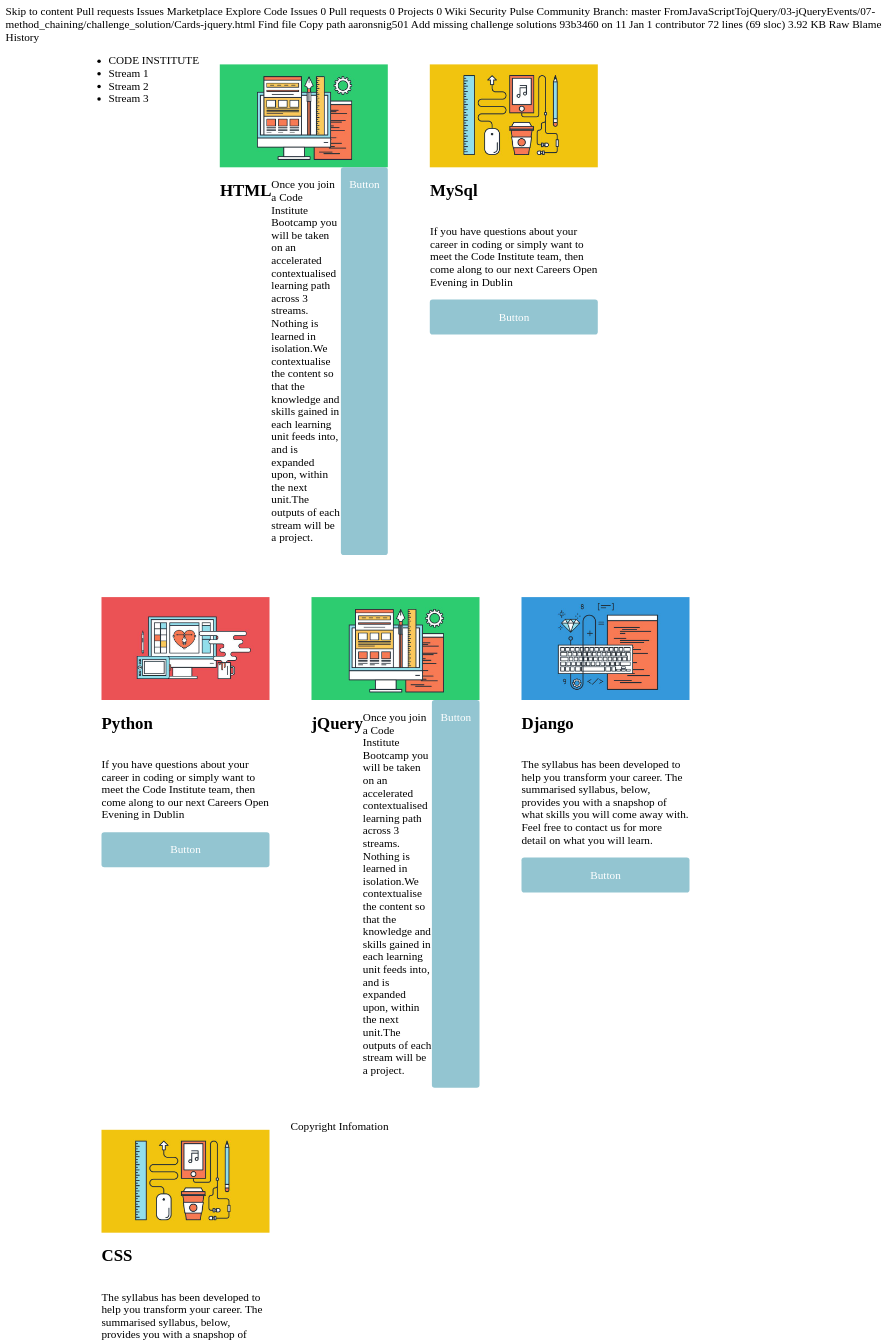
Repository: SOliv1/chaining-methods
Page: index.html
The author's editor kept a record of every edit. The page is drawn from the files as they stood at one moment, then again after the next edit.
The browser window is 1280 px wide. The pictures show the part of the page from y = 0 to 1920 px (the page is 2074 px tall before and 3363 px after), at 70% of full size.
Some web libraries are served in a nearby version.

Above is the page before.

After the next edit:
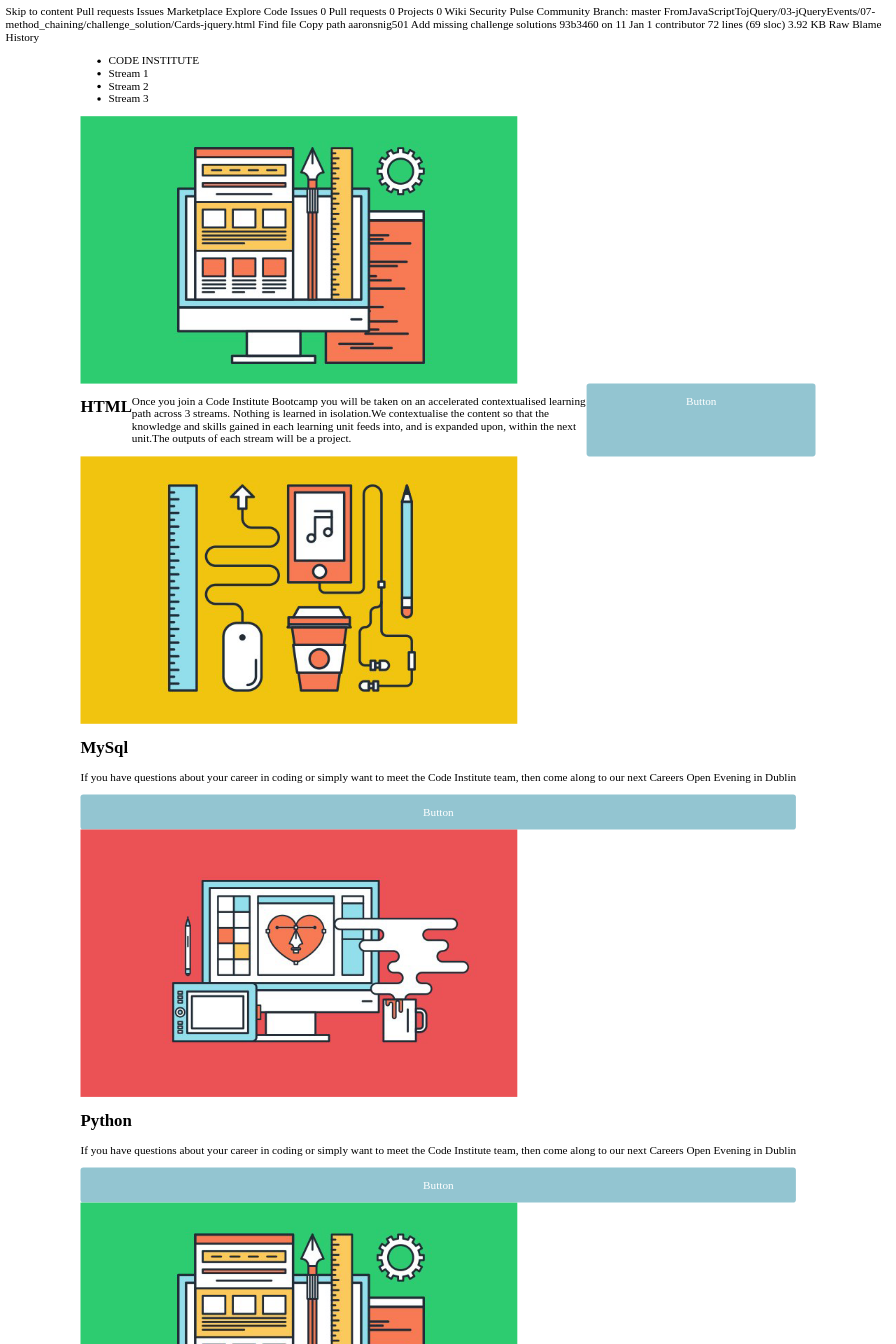
The edit:
--- a/css/style.css
+++ b/css/style.css
@@ -25,41 +25,13 @@
 
 .card_bottom{
 	display: flex;
-
-
-
 	flex-flex:column;
-
-
-
 }
 
-
-
-
-
-
-
-.card{
-
-
-
-	flex:1; /* */
-
-
-
+.c	flex:1; /* */
 	display: flex;	/* make the contents controllable by flexbox*/
-
-
-
 	flex-flow:column;	/* */
-
-
-
 	max-width: 240px; /**/
-
-
-
 	margin: 10px;
 
 
